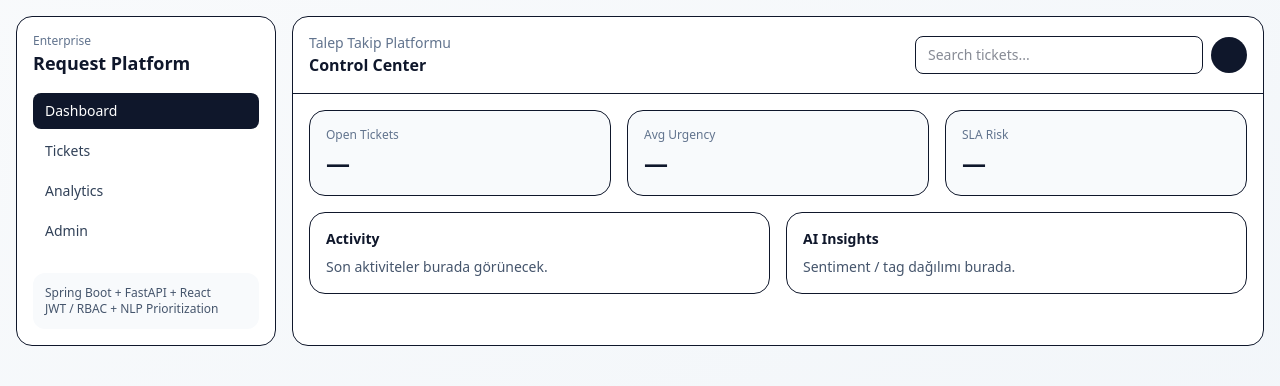
Repository: Salihapeker/enterprise-ai-ticket-system
Page: / (app in Desktop/enterprise-ai-ticket-system/frontend/)
These files come from the project's save history. The page is drawn as it stood at one moment and after the next save; the edit follows.
The browser window is 1280 px wide. The pictures show the whole page.
The project was rebuilt for these pictures with package versions that can differ from the ones it lists, and the page was loaded fresh each time. Also part of the build but not shown: Desktop/enterprise-ai-ticket-system/frontend/vite.config.ts, Desktop/enterprise-ai-ticket-system/frontend/src/services/tickets.ts, Desktop/enterprise-ai-ticket-system/frontend/src/pages/TicketsPage.tsx, Desktop/enterprise-ai-ticket-system/frontend/src/pages/AnalyticsPage.tsx, Desktop/enterprise-ai-ticket-system/frontend/src/pages/AdminPage.tsx.

Above is the page before, as saved 2026-03-16 00:21:33.

After the next save:
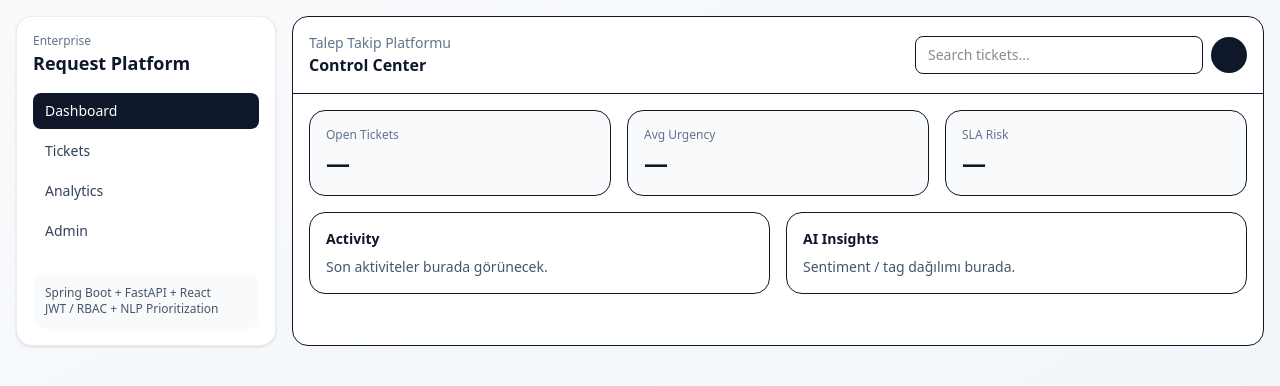
Saved 44 min 25 s later.
--- a/Desktop/enterprise-ai-ticket-system/frontend/src/components/layouts/AppShell.tsx
+++ b/Desktop/enterprise-ai-ticket-system/frontend/src/components/layouts/AppShell.tsx
@@ -11,7 +11,7 @@ export default function AppShell() {
     <div className="min-h-screen bg-gradient-to-br from-slate-50 to-slate-100 text-slate-900">
       <div className="mx-auto max-w-7xl p-4">
         <div className="grid grid-cols-1 gap-4 lg:grid-cols-[260px_1fr]">
-          <aside className="rounded-2xl border bg-white p-4">
+          <aside className="rounded-2xl border border-slate-200/70 bg-white p-4 shadow-sm">
             <div className="flex items-center justify-between">
               <div>
                 <div className="text-xs text-slate-500">Enterprise</div>
